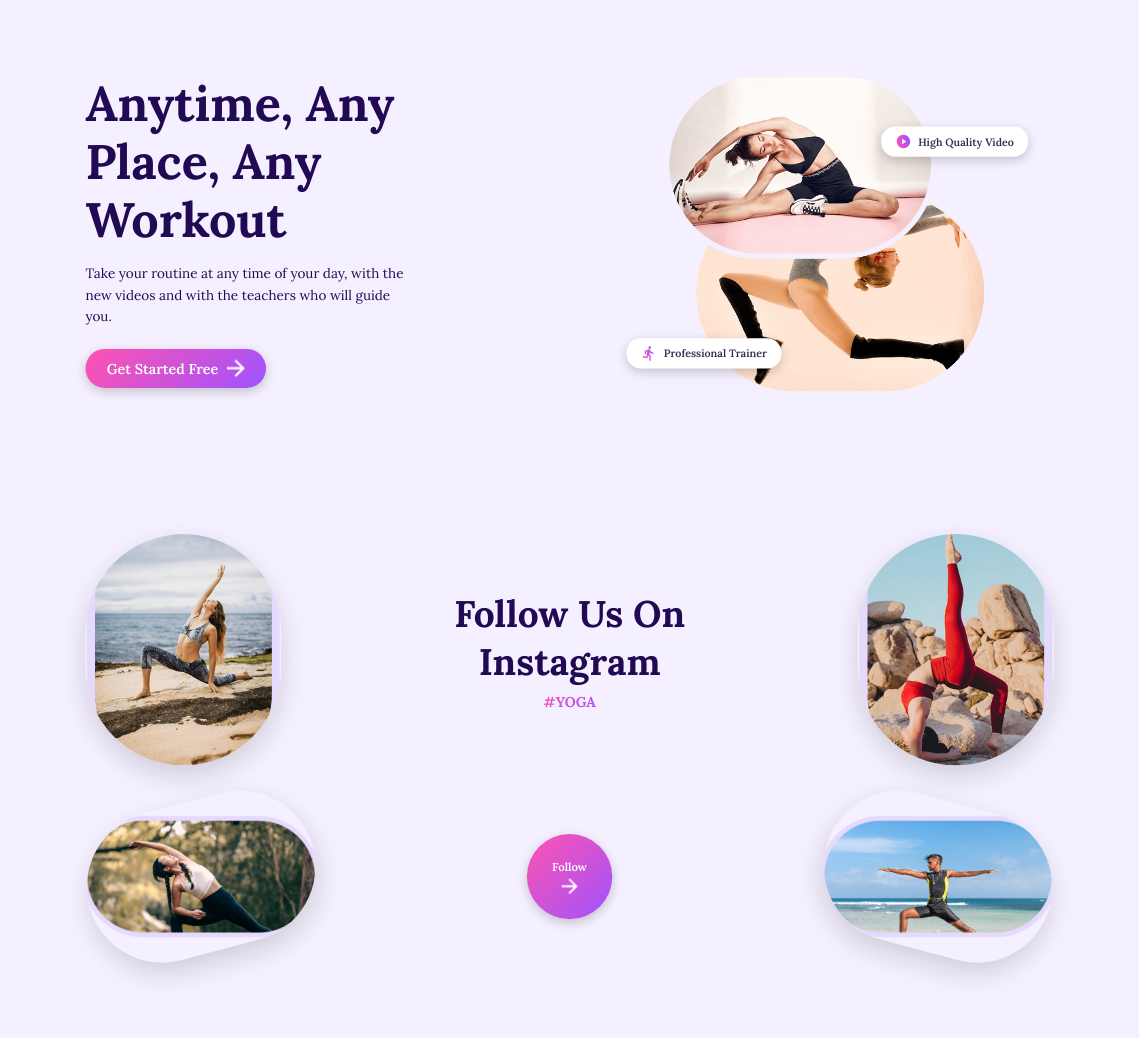
Repository: EunsuhJeon/responsive-yoga-website
Page: index.html
An editor plug-in stored every save of this project. The page is shown before and after the next save, followed by the edit.
The browser window is 1280 px wide. The pictures show the whole page, at 89% of full size.

Above is the page before, as saved 2025-11-26 00:24:46.

### index.html
<!DOCTYPE html>
<html lang="en">
<head>
    <meta charset="UTF-8">
    <meta name="viewport" content="width=device-width, initial-scale=1.0">
    <title>Yoga website</title>
    <link rel="stylesheet" href="./main.css">
    <link rel="preconnect" href="https://fonts.googleapis.com">
    <link rel="preconnect" href="https://fonts.gstatic.com" crossorigin>
    <link href="https://fonts.googleapis.com/css2?family=Lora:ital,wght@0,400..700;1,400..700&display=swap" rel="stylesheet">
</head>
<body>
    <header>

    </header>
    <main>
        <!-- Jade - start -->

        <!-- Jade - end -->


        <!-- Andrea - start -->
        <section class="section-4-place">
            <div class="section-4-place-content">
                <h1 class="section-4-title">
                    Anytime, Any<br>
                    Place, Any<br>
                    Workout
                </h1>
                <p class="section-4-text">
                    Take your routine at any time of your day, with the new
                    videos and with the teachers who will guide you.
                </p>
                <button class="btn btn-primary">
                    Get Started Free
                    <img
                        class="btn-icon"
                        src="./assets/icons/p2-s1-button-pink-Arrow.png"
                        alt="Arrow icon">
                </button>
            </div>

            <div class="section-4-place-media">
                <div class="section-4-place-images">
                    <img
                        class="section-4-place-img section-4-place-img-top"
                        src="./assets/images/b2-s1-routine-yoga-1.png"
                        alt="Yoga routine 1">
                    <img
                        class="section-4-place-img section-4-place-img-bottom"
                        src="./assets/images/b2-s1-routine-yoga-2.png"
                        alt="Yoga routine 2">
                </div>

                <button class="pill-btn pill-btn-top">
                    <img
                        class="pill-icon"
                        src="./assets/icons/p2-s1-button-white-ri_play.svg"
                        alt="Play icon">
                    High Quality Video
                </button>

                <button class="pill-btn pill-btn-bottom">
                    <img
                        class="pill-icon"
                        src="./assets/icons/p2-s1-button-white-person.svg"
                        alt="Person icon">
                    Professional Trainer
                </button>
            </div>
        </section>

        <!-- Seccion 5 - Follow -->
        <section class="seccion-5-follow">

        <!-- fila superior -->
        <div class="seccion-5-top">

            <img
            class="seccion-5-img seccion-5-img-tl"
            src="./assets/images/b2-s2-follow-yoga-1.png"
            alt="Yoga pose top-left">

            <div class="seccion-5-text">
            <h2 class="seccion-5-title">
                Follow Us On<br>Instagram
            </h2>
            <p class="seccion-5-hashtag">
                <span class="gradient-text">#YOGA</span>
            </p>
            </div>

            <img
            class="seccion-5-img seccion-5-img-tr"
            src="./assets/images/b2-s2-follow-yoga-2.png"
            alt="Yoga pose top-right">

        </div>

        <!-- fila inferior -->
        <div class="seccion-5-bottom">

            <img
            class="seccion-5-img seccion-5-img-bl"
            src="./assets/images/b2-s2-follow-yoga-3.png"
            alt="Yoga pose bottom-left (rotated in file)">

            <button class="btn btn-circle">
            <span>Follow</span>
            <img
                class="btn-icon"
                src="./assets/icons/p2-s1-button-pink-Arrow.png"
                alt="Arrow icon">
            </button>

            <img
            class="seccion-5-img seccion-5-img-br"
            src="./assets/images/b2-s2-follow-yoga-4.png"
            alt="Yoga pose bottom-right (rotated in file)">

        </div>
        </section>



    <!-- Andrea - end -->
    </main>
    <footer>

    </footer>
</body>
</html>

### main.css
*{
    box-sizing: border-box;
    margin: 0;
    padding: 0;
    font-family: "Lora", serif;
    font-optical-sizing: auto;
    font-style: normal;
}

body{
    width: 100%;
    height: 100%;
}

:root {
  --btn-gradient: linear-gradient(135deg, #FF52AF, #9F53FF);
  --btn-text: #fff;
  --btn-radius: 64px;
  --btn-padding: 12px 24px;
  --btn-shadow: 0 4px 12px rgba(0, 0, 0, 0.20);
}

button,
.btn {
  background: var(--btn-gradient);
  color: var(--btn-text);
  padding: var(--btn-padding);
  border: none;
  border-radius: var(--btn-radius);
  box-shadow: var(--btn-shadow);

  font-size: 16px;
  font-weight: 600;
  cursor: pointer;
  transition: transform 0.2s ease, opacity 0.2s ease;
}

/* Hover */
button:hover,
.btn:hover {
  transform: translateY(-2px);
  opacity: 0.9;
}

/* Active (cuando se hace click) */
button:active,
.btn:active {
  transform: translateY(0);
  opacity: 0.75;
}

@media (prefers-color-scheme: light) {
  body {
    background: #F5F0FF;
    color: #220953;
  }
}

@media (prefers-color-scheme: dark) {
  body {
    background: #14092A;
    color: #D1C0F1;
  }

    /* Andrea: Section-4 pill buttons cambian a #372A51 en oscuro */
  .pill-btn {
    background: #372A51;
    color: #F5F0FF;
  }
}



/* jade - start */

/* jade - end */



/* Andrea - start */

/* ---------- Section 4 - Place ---------- */
/* ----------TIPOGRAFÍA / TEXTOS---------- */

.section-4-title {
  font-size: clamp(2.4rem, 3vw + 1.2rem, 3.4rem);
  line-height: 1.2;
  margin-bottom: 16px;
}

.section-4-text {
  font-size: 0.95rem;
  line-height: 1.6;
  max-width: 360px;
  margin-bottom: 24px;
}

/* botón principal dentro de la sección */
.btn-primary {
  display: inline-flex;
  align-items: center;
  gap: 10px;
}

.btn-icon {
  width: 20px;
  height: 20px;
}

/* ---------- SECTION-4-PLACE ---------- */

.section-4-place {
  max-width: 1120px;
  margin: 0 auto;
  padding: 80px 16px;
  display: flex;
  align-items: center;
  justify-content: space-between;
  gap: 56px;
}

.section-4-place-content {
  flex: 1;
}

.section-4-place-media {
  flex: 1;
  position: relative;
  display: flex;
  justify-content: center;
}

.section-4-place-images {
  position: relative;
  width: 360px;
  height: 360px;
}

.section-4-place-img {
  width: 100%;
  height: auto;
  border-radius: 192px;
  object-fit: cover;
}

.section-4-place-img-top {
  position: absolute;
  top: 0;
  left: 0%;
  width: 85%;
  z-index: 2;
}

.section-4-place-img-bottom {
  position: absolute;
  bottom: 0;
  right: 0%;
  width: 90%;
  z-index: 1;
}

/* ---------- BOTONES BLANCOS (PILLS) ---------- */

.pill-btn {
  position: absolute;
  display: inline-flex;
  align-items: center;
  gap: 8px;
  padding: 8px 16px;
  border-radius: 16px;
  background: #ffffff;
  color: #372A51;
  font-size: 0.75rem;
  font-weight: 600;
  box-shadow: var(--btn-shadow);
  border: none;
  z-index: 10;
}

.pill-icon {
  width: 18px;
  height: 18px;
}

.pill-btn-top {
  top: 22%;
  right: 12%;
  transform: translate(20%, -50%);
}

.pill-btn-bottom {
  bottom: 12%;
  left: 12%;
  transform: translate(-15%, 50%);
}


/* ---------- RESPONSIVE ---------- */

@media (max-width: 768px) {
  .section-4-place {
    flex-direction: column;
    text-align: center;
    padding-top: 48px;
  }

  .section-4-place-content {
    order: 1;
  }

  .section-4-place-text {
    margin-left: auto;
    margin-right: auto;
  }

  .section-4-place-media {
    order: 2;
    width: 100%;
  }

  .section-4-place-images {
    width: 280px;
    height: 280px;
  }

  .pill-btn-top {
    top: 12%;
    right: 8%;
    transform: translate(0, -50%);
  }

  .pill-btn-bottom {
    bottom: 6%;
    left: 20%;
    transform: translate(0, 50%);
  }
}


/* -------- Seccion 5 - Follow -------- */

.seccion-5-follow {
  max-width: 1120px;
  margin: 0 auto;
  padding: 80px 16px 96px;
}

/* filas superior e inferior */
.seccion-5-top,
.seccion-5-bottom {
  display: flex;
  align-items: center;
  justify-content: space-between;
  gap: 32px;
}

.seccion-5-top {
  margin-bottom: 40px;
}

/* bloque de texto central */
.seccion-5-text {
  text-align: center;
}

.seccion-5-title {
  font-size: clamp(2rem, 2.4vw + 1rem, 2.6rem);
  line-height: 1.3;
  margin-bottom: 8px;
}

.seccion-5-hashtag {
  font-size: 1rem;
}

/* hashtag con gradiente rosa-violeta ya definido en --btn-gradient */
.gradient-text {
  background: var(--btn-gradient);
  -webkit-background-clip: text;
  background-clip: text;
  color: transparent;
  font-weight: 700;
}

/* estilo base de todas las imágenes de la sección 5 */
.seccion-5-img {
  object-fit: cover;
  border-radius: 120px;
  box-shadow: 0 12px 30px rgba(0, 0, 0, 0.15);
}

/* imágenes superiores (verticales) */
.seccion-5-img-tl,
.seccion-5-img-tr {
  width: 220px;
  height: 260px;
}

/* imágenes inferiores (apaisadas y rotadas) */
.seccion-5-img-bl,
.seccion-5-img-br {
  width: 260px;
  height: 170px;
}

/* rotaciones de las de abajo */
.seccion-5-img-bl {
  transform: rotate(-15deg);
}

.seccion-5-img-br {
  transform: rotate(15deg);
}

/* botón circular central: usa los estilos generales de .btn */
.btn-circle {
  width: 96px;
  height: 96px;
  padding: 0;
  border-radius: 64px;
  display: flex;
  flex-direction: column;
  align-items: center;
  justify-content: center;
  gap: 4px;
  font-size: 0.8rem;
}

.btn-circle .btn-icon {
  width: 18px;
  height: 18px;
}

/* -------- Responsive seccion 5 -------- */

@media (max-width: 768px) {
  .seccion-5-follow {
    padding-top: 48px;
  }

  .seccion-5-top,
  .seccion-5-bottom {
    flex-direction: column;
    gap: 24px;
  }

  .seccion-5-text {
    order: 1;
  }

  .seccion-5-img-tl {
    order: 0;
  }

  .seccion-5-img-tr {
    order: 2;
  }
}


/* Andrea - end */

After the next save:
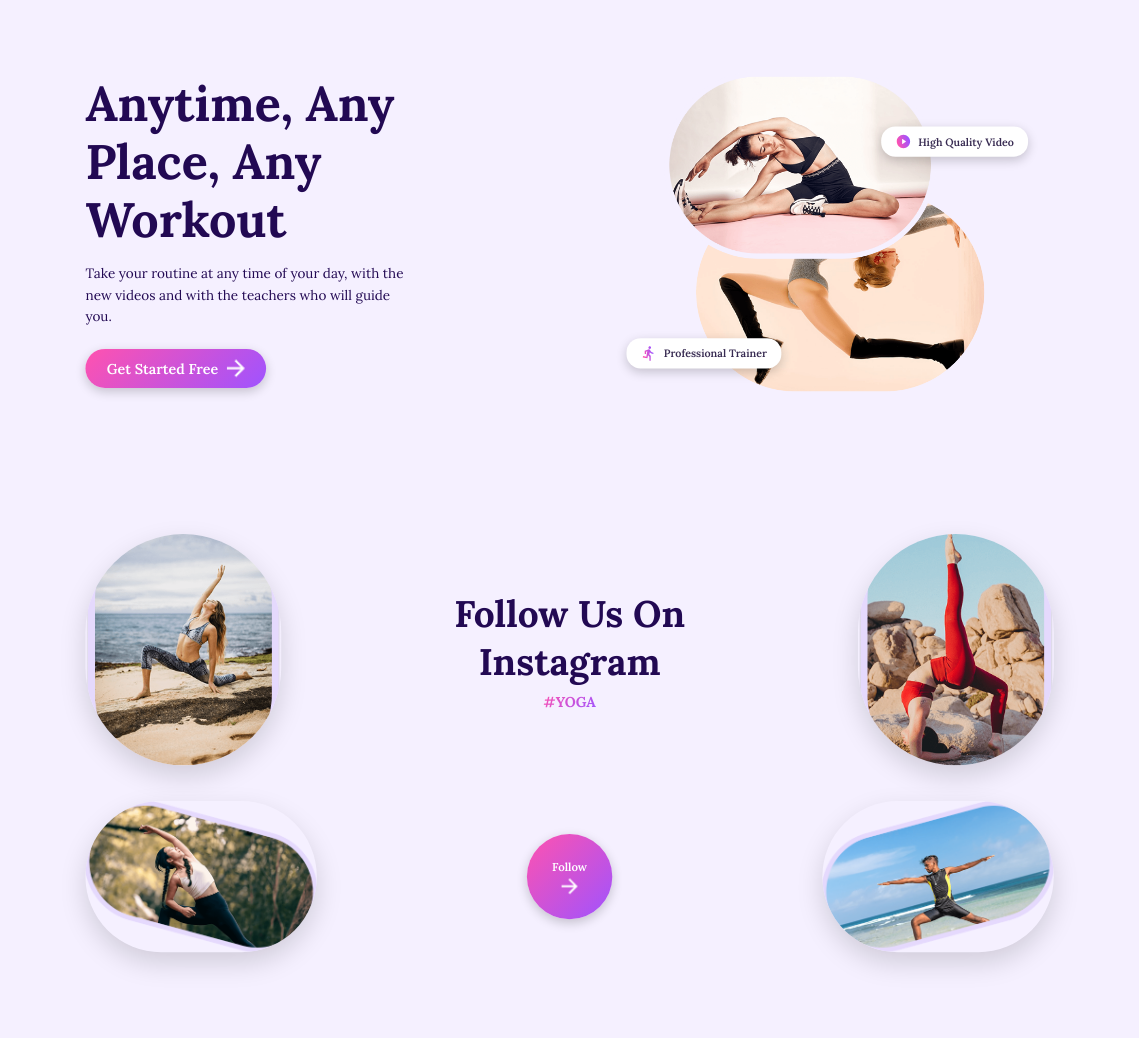
Saved 25 s later.
--- a/main.css
+++ b/main.css
@@ -238,6 +238,7 @@
 
 
 /* -------- Seccion 5 - Follow -------- */
+/* -------- Seccion 5 - Follow -------- */
 
 .seccion-5-follow {
   max-width: 1120px;
@@ -245,7 +246,7 @@
   padding: 80px 16px 96px;
 }
 
-/* filas superior e inferior */
+/* Filas superior e inferior */
 .seccion-5-top,
 .seccion-5-bottom {
   display: flex;
@@ -258,7 +259,7 @@
   margin-bottom: 40px;
 }
 
-/* bloque de texto central */
+/* Texto del centro */
 .seccion-5-text {
   text-align: center;
 }
@@ -273,7 +274,7 @@
   font-size: 1rem;
 }
 
-/* hashtag con gradiente rosa-violeta ya definido en --btn-gradient */
+/* Hashtag #YOGA con gradiente */
 .gradient-text {
   background: var(--btn-gradient);
   -webkit-background-clip: text;
@@ -282,37 +283,29 @@
   font-weight: 700;
 }
 
-/* estilo base de todas las imágenes de la sección 5 */
+/* Estilo base para todas las imágenes */
 .seccion-5-img {
   object-fit: cover;
+  box-shadow: 0 12px 30px rgba(0, 0, 0, 0.15);
   border-radius: 120px;
-  box-shadow: 0 12px 30px rgba(0, 0, 0, 0.15);
-}
-
-/* imágenes superiores (verticales) */
+}
+
+/* Imágenes superiores (verticales) */
 .seccion-5-img-tl,
 .seccion-5-img-tr {
   width: 220px;
   height: 260px;
 }
 
-/* imágenes inferiores (apaisadas y rotadas) */
+/* Imágenes inferiores (apaisadas, ya vienen rotadas en archivo) */
 .seccion-5-img-bl,
 .seccion-5-img-br {
   width: 260px;
   height: 170px;
-}
-
-/* rotaciones de las de abajo */
-.seccion-5-img-bl {
-  transform: rotate(-15deg);
-}
-
-.seccion-5-img-br {
-  transform: rotate(15deg);
-}
-
-/* botón circular central: usa los estilos generales de .btn */
+  /* NO transform aquí */
+}
+
+/* Botón circular central */
 .btn-circle {
   width: 96px;
   height: 96px;
@@ -334,6 +327,7 @@
 /* -------- Responsive seccion 5 -------- */
 
 @media (max-width: 768px) {
+
   .seccion-5-follow {
     padding-top: 48px;
   }
@@ -358,4 +352,5 @@
 }
 
 
+
 /* Andrea - end */

After the save that followed:
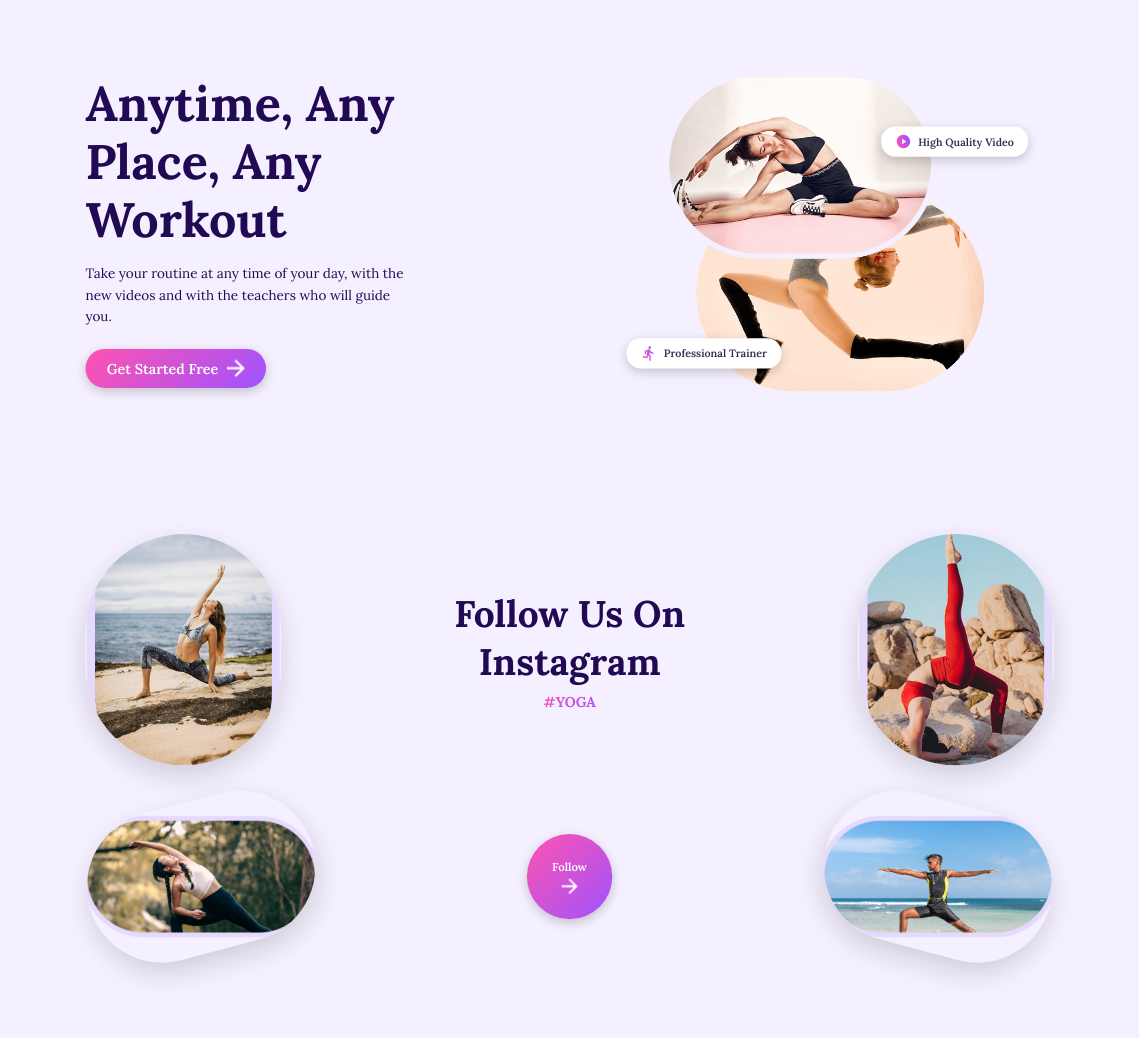
Saved 74 s later.
--- a/main.css
+++ b/main.css
@@ -238,7 +238,6 @@
 
 
 /* -------- Seccion 5 - Follow -------- */
-/* -------- Seccion 5 - Follow -------- */
 
 .seccion-5-follow {
   max-width: 1120px;
@@ -246,7 +245,7 @@
   padding: 80px 16px 96px;
 }
 
-/* Filas superior e inferior */
+/* filas superior e inferior */
 .seccion-5-top,
 .seccion-5-bottom {
   display: flex;
@@ -259,7 +258,7 @@
   margin-bottom: 40px;
 }
 
-/* Texto del centro */
+/* bloque de texto central */
 .seccion-5-text {
   text-align: center;
 }
@@ -274,7 +273,7 @@
   font-size: 1rem;
 }
 
-/* Hashtag #YOGA con gradiente */
+/* hashtag con gradiente rosa-violeta ya definido en --btn-gradient */
 .gradient-text {
   background: var(--btn-gradient);
   -webkit-background-clip: text;
@@ -283,29 +282,37 @@
   font-weight: 700;
 }
 
-/* Estilo base para todas las imágenes */
+/* estilo base de todas las imágenes de la sección 5 */
 .seccion-5-img {
   object-fit: cover;
+  border-radius: 120px;
   box-shadow: 0 12px 30px rgba(0, 0, 0, 0.15);
-  border-radius: 120px;
-}
-
-/* Imágenes superiores (verticales) */
+}
+
+/* imágenes superiores (verticales) */
 .seccion-5-img-tl,
 .seccion-5-img-tr {
   width: 220px;
   height: 260px;
 }
 
-/* Imágenes inferiores (apaisadas, ya vienen rotadas en archivo) */
+/* imágenes inferiores (apaisadas y rotadas) */
 .seccion-5-img-bl,
 .seccion-5-img-br {
   width: 260px;
   height: 170px;
-  /* NO transform aquí */
-}
-
-/* Botón circular central */
+}
+
+/* rotaciones de las de abajo */
+.seccion-5-img-bl {
+  transform: rotate(-15deg);
+}
+
+.seccion-5-img-br {
+  transform: rotate(15deg);
+}
+
+/* botón circular central: usa los estilos generales de .btn */
 .btn-circle {
   width: 96px;
   height: 96px;
@@ -327,7 +334,6 @@
 /* -------- Responsive seccion 5 -------- */
 
 @media (max-width: 768px) {
-
   .seccion-5-follow {
     padding-top: 48px;
   }
@@ -352,5 +358,4 @@
 }
 
 
-
 /* Andrea - end */
